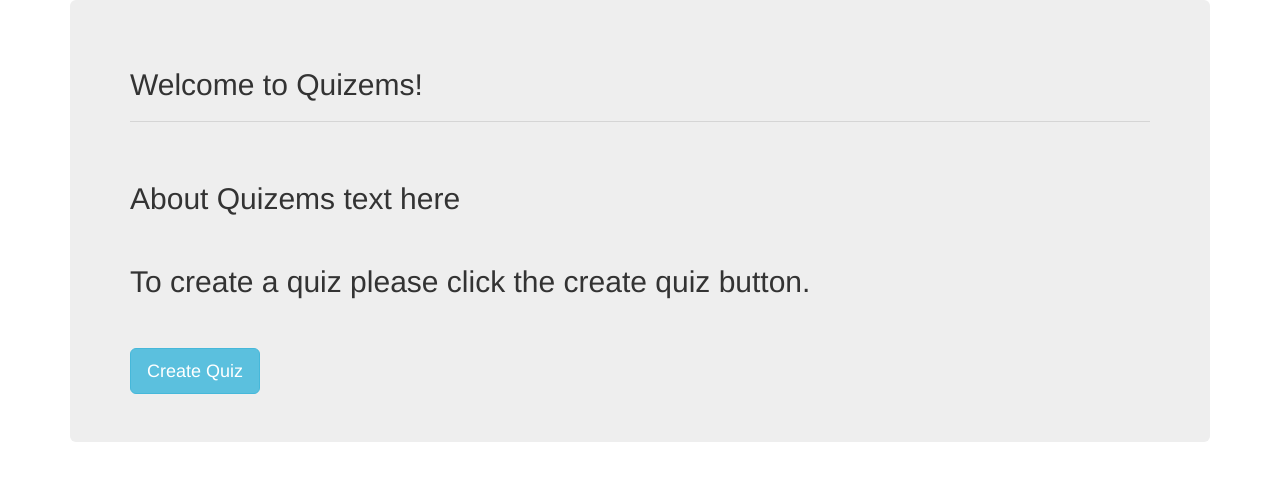
Repository: phillipdacosta/QuizemsNew
Page: /
These files come from the project's save history. The page is drawn as it stood at one moment and after the next save; the edit follows.
The browser window is 1280 px wide. The pictures show the whole page.
Some web libraries are served in a nearby version. The project was rebuilt for these pictures with package versions that can differ from the ones it lists, and the page was loaded fresh each time. Also part of the build but not shown: angular.json, src/app/professor/professor.component.ts, src/app/data.service.ts, src/app/question.model.ts, src/app/quiz/quiz.component.ts, src/app/student/student.component.ts, src/app/questions/questions.component.ts, src/app/question-display/question-display.component.ts and 1 more.

Above is the page before, as saved 2019-06-30 16:12:50.

After the next save:
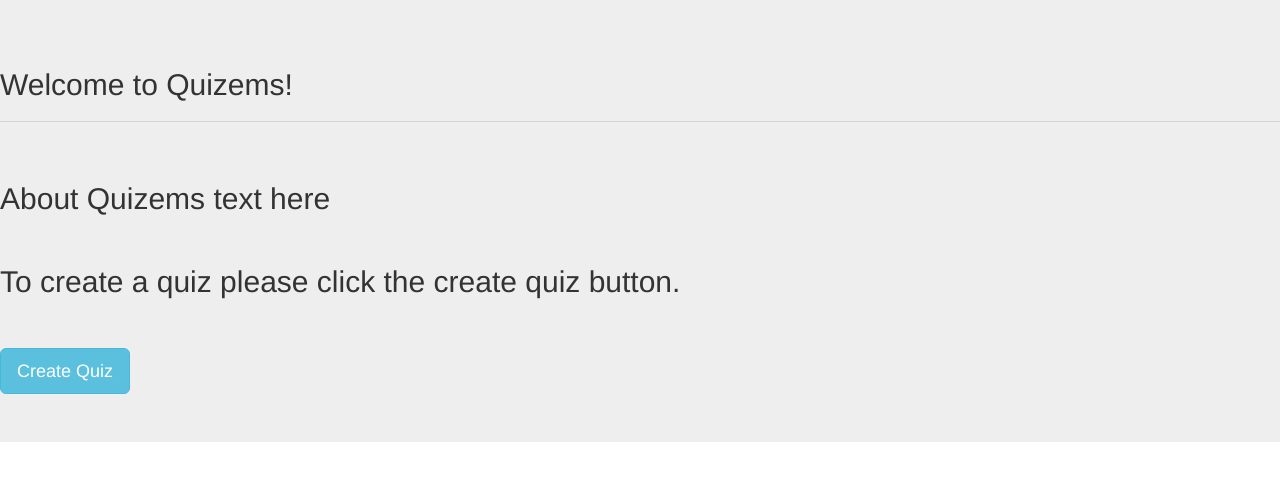
Saved 13 s later.
--- a/src/app/about/about.component.html
+++ b/src/app/about/about.component.html
@@ -1,5 +1,4 @@
 
-<div class = "container">
 
 <div class = "jumbotron">
 
@@ -30,4 +29,3 @@
 <button type="button" class="btn btn-info btn-lg" (click) = "navigateToQuiz()">Create Quiz</button>
 
 </div>
-</div>

After the save that followed:
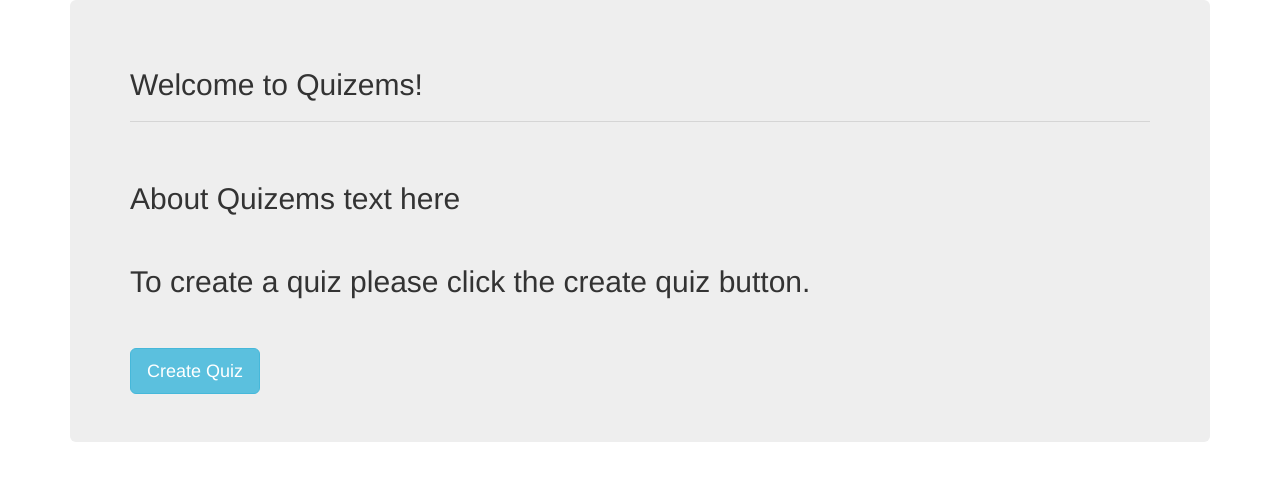
Saved 18 s later.
--- a/src/app/about/about.component.html
+++ b/src/app/about/about.component.html
@@ -1,8 +1,7 @@
 
+<div class = "container">
 
 <div class = "jumbotron">
-
-
 
 
 
@@ -29,3 +28,5 @@
 <button type="button" class="btn btn-info btn-lg" (click) = "navigateToQuiz()">Create Quiz</button>
 
 </div>
+
+</div>
